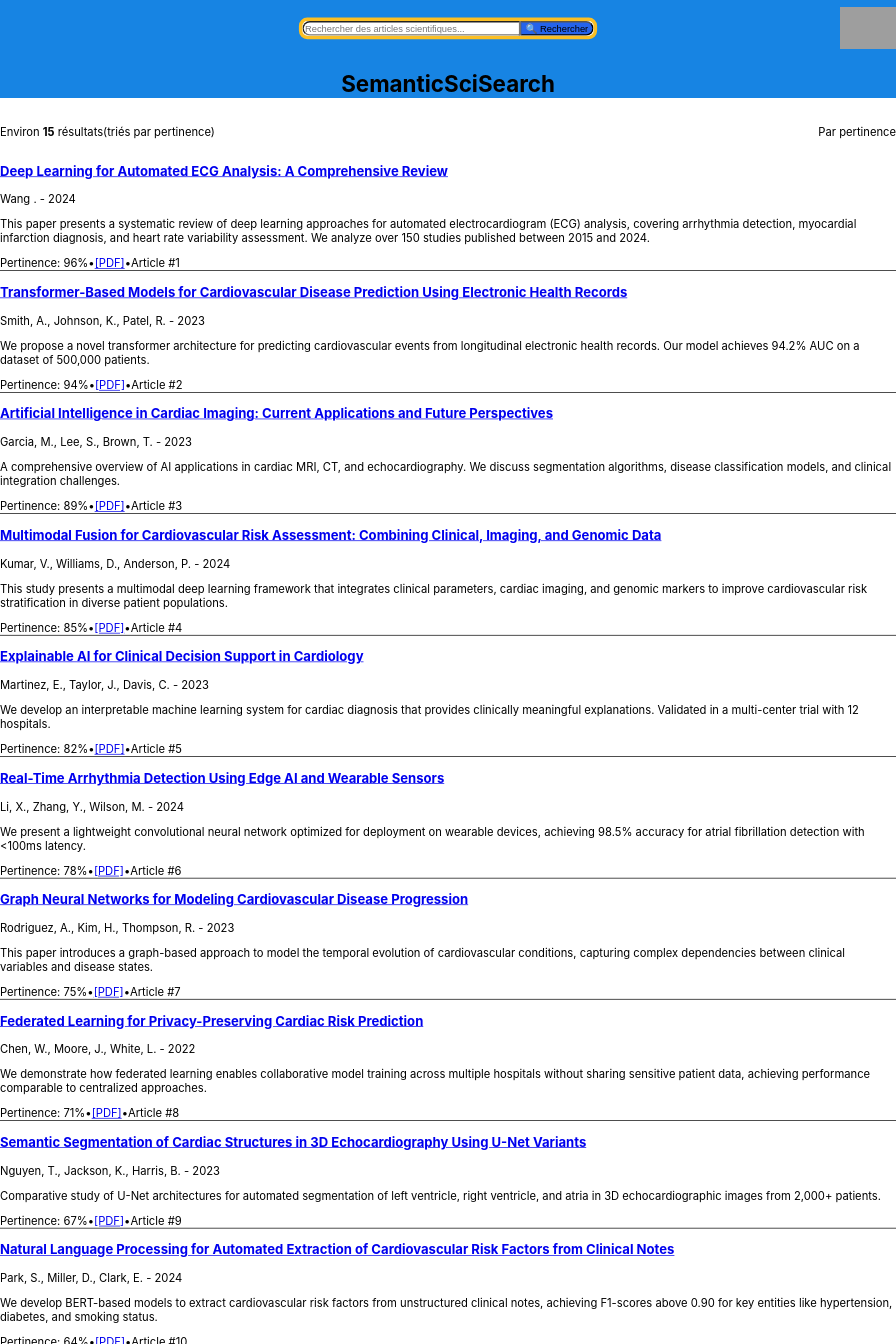
Repository: elh33/SemanticSciSearch
Page: / (app in frontend/)
These files come from the project's save history. The page is drawn as it stood at one moment and after a run of saves; the edit follows.
The browser window is 1280 px wide. The pictures show the part of the page from y = 0 to 1920 px (the page is 2736 px tall), at 70% of full size.
Pictures or frames that could not be fetched are drawn as grey boxes. The project was rebuilt for these pictures with package versions that can differ from the ones it lists, and the page was loaded fresh each time.

Above is the page before, as saved 2025-11-21 22:46:17.

After the next 5 saves:
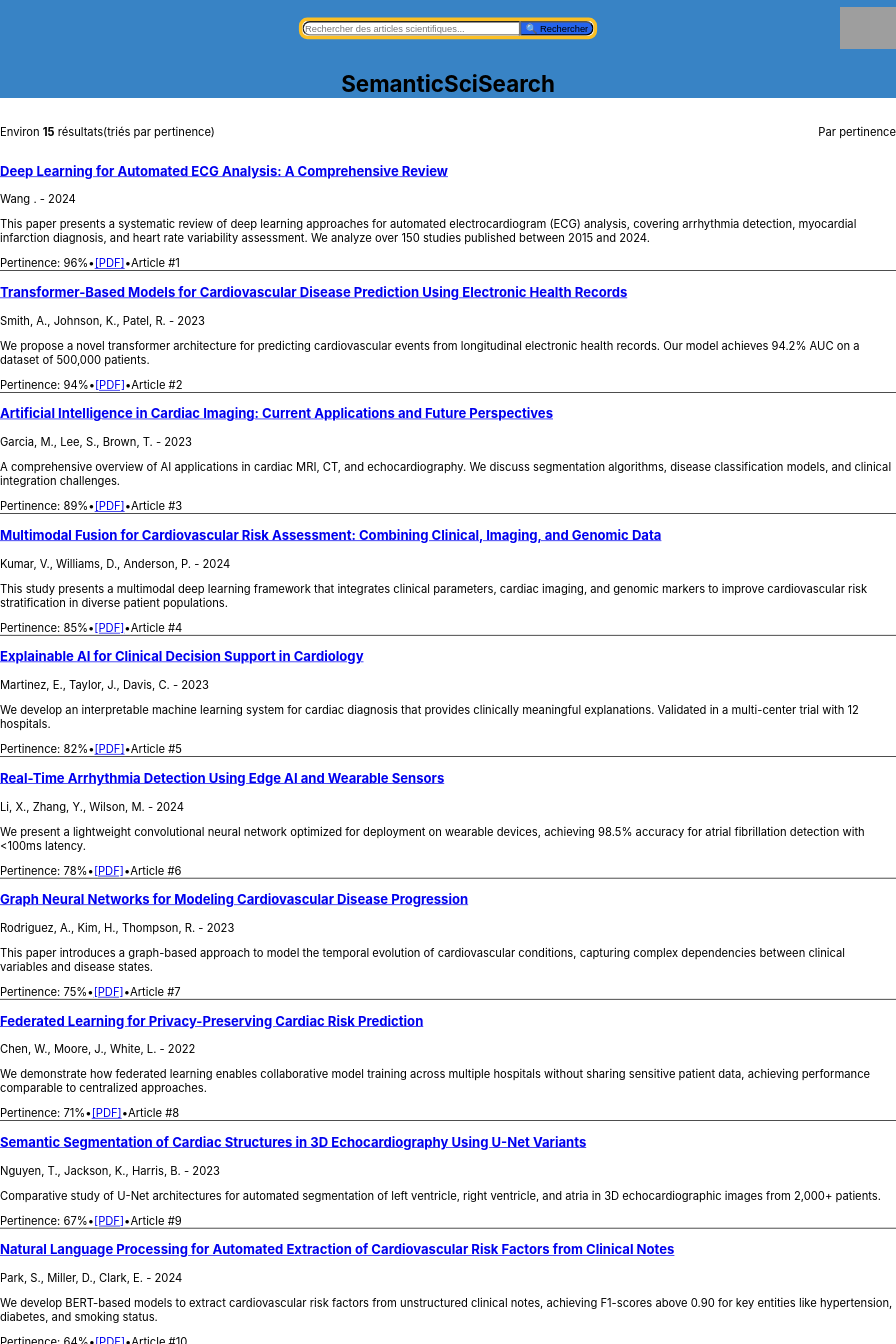
The 5 saves are shown as one change because they came seconds apart.
The last was saved 35 s later.
--- a/frontend/src/components/SearchResults.tsx
+++ b/frontend/src/components/SearchResults.tsx
@@ -39,7 +39,7 @@ const SearchResults: React.FC = () => {
   return (
     <div className="min-h-screen bg-white">
       {/* En-tête avec fond bleu foncé - GRANDE BARRE */}
-      <div style={{ backgroundColor: '#1784e3ff' }} className="sticky top-0 z-10 shadow-lg py-8">
+      <div style={{ backgroundColor: '#3883c5ff' }} className="sticky top-0 z-10 shadow-lg py-8">
         <div className="max-w-7xl mx-auto px-4">
           <div className="flex items-center justify-between gap-6">
             {/* Espace vide à gauche pour centrer la barre */}
